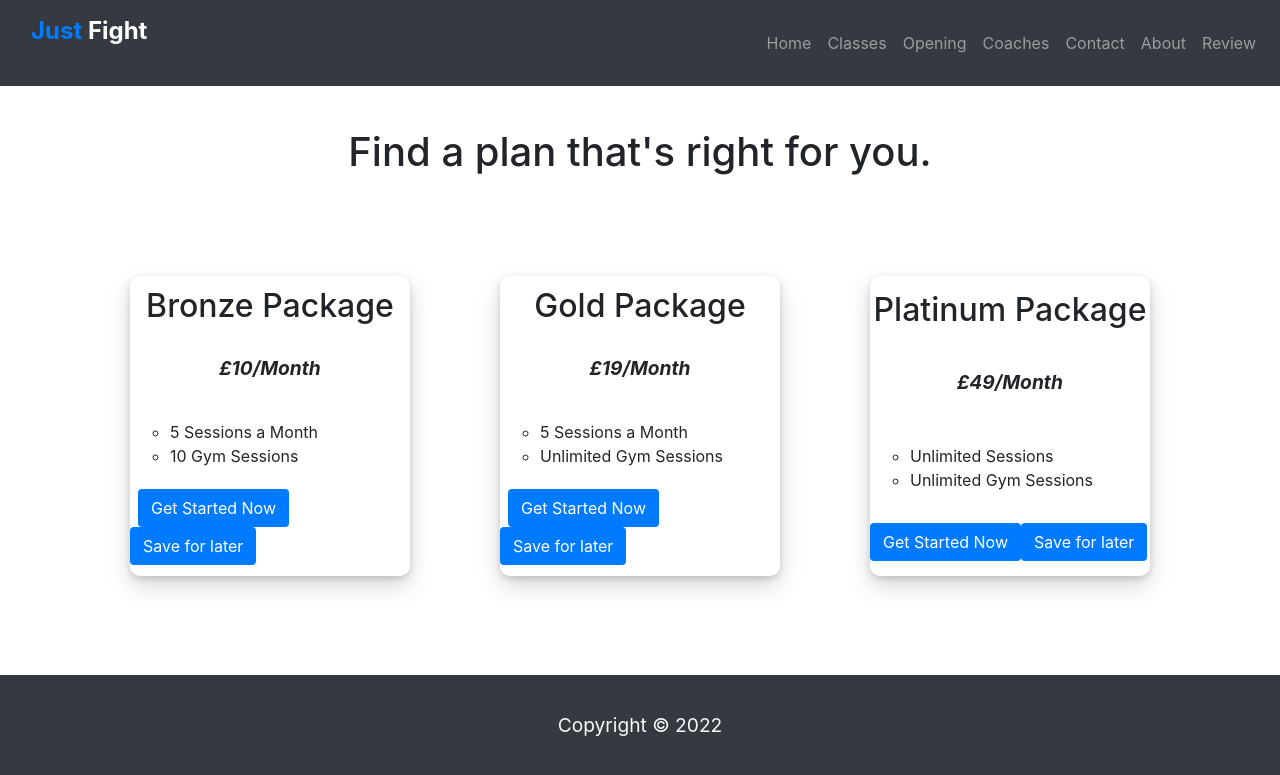
Repository: IonPara/Just-Fight
Page: plans.html
These files come from the project's save history. The page is drawn as it stood at one moment and after the next save; the edit follows.
The browser window is 1280 px wide. The pictures show the whole page.
Some web libraries are served in a nearby version.

Above is the page before, as saved 2023-03-13 16:27:40.

### plans.html
<!DOCTYPE html>
<html lang="en">

<head>
  <meta charset="utf-8">
  <meta name="viewport" content="width=device-width, initial-scale=1.0">
  <title>Join Club</title>
  <link href="./Styles/plans.css" rel="stylesheet" type="text/css">
  <!-- Bootstrap link -->
  <link rel="stylesheet" href="https://cdn.jsdelivr.net/npm/bootstrap@4.2.1/dist/css/bootstrap.min.css"
    integrity="sha384-GJzZqFGwb1QTTN6wy59ffF1BuGJpLSa9DkKMp0DgiMDm4iYMj70gZWKYbI706tWS" crossorigin="anonymous">
</head>

<body>
  <header>
    <!-- ------------Nav bar ------------------------>
    <nav class="navbar navbar-expand-lg navbar-dark bg-dark fixed-top">
      <div class="container pb-4">
        <a class="navbar-brand " id="brand" href="./index.html"><span class="text-primary">Just </span> Fight</a>
        <button class="navbar-toggler" type="button" data-toggle="collapse" data-target="#navbarSupportedContent"
          aria-controls="navbarSupportedContent" aria-expanded="false" aria-label="Toggle navigation">
          <span class="navbar-toggler-icon"></span>
        </button>
      </div>

      <div class="collapse navbar-collapse" id="navbarSupportedContent">
        <ul class="navbar-nav justify-content-end">
          <li class="nav-item">
            <a class="nav-link" href="./index.html">Home</a>
          </li>
          <li class="nav-item">
            <a class="nav-link" href="./index.html#ourClasses">Classes</a>
          </li>
          <li class="nav-item">
            <a class="nav-link" href="./index.html#openingHours">Opening</a>
          </li>
          <li class="nav-item">
            <a class="nav-link" href="./index.html#coaches">Coaches</a>
          </li>
          <li class="nav-item">
            <a class="nav-link" href="./index.html#contact">Contact</a>
          </li>
          <li class="nav-item">
            <a class="nav-link" href="./about.html">About</a>
          </li>
          <li class="nav-item">
            <a class="nav-link" href="./review.html">Review</a>
          </li>

        </ul>
      </div>
    </nav>
  </header>

  <!-- Plans -->
  <section class="pricing-table">
    <div class="head text-center">
      <h1 class="plans-title pt-5">Find a plan that's right for you.</h1>
    </div>
    <!-- First Box -->
    <div class="plans">
      <ul class="container">
        <li class="package">
          <h2 class="table-header">Bronze Package</h2>
          <p class="pricing text-center">£10/Month</p>
          <ul class="table-option">
            <li>5 Sessions a Month</li>
            <li>10 Gym Sessions</li>
          </ul>

          <div>
            <button type="button" class="btn ml-2 bg-primary text-white">Get Started Now</button>
            <button type="button" class="bronze btn bg-primary text-white save-for-later">Save for later</button>
          </div>
        </li>

        <!-- Second -->
        <li class="package ">
          <h2 class="table-header">Gold Package</h2>
          <p class="pricing text-center">£19/Month</p>
          <ul class="table-option">
            <li>5 Sessions a Month</li>
            <li>Unlimited Gym Sessions</li>
          </ul>

          <div>
            <button type="button" class=" btn ml-2 bg-primary text-white">Get Started Now</button>
            <button type="button" class=" gold btn bg-primary text-white save-for-later">Save for later</button>
          </div>
        </li>

        <!-- Third Box -->
        <li class="package ">
          <h2 class="table-header">Platinum Package</h2>
          <p class="pricing text-center">£49/Month</p>
          <ul class="options">
            <li>Unlimited Sessions</li>
            <li>Unlimited Gym Sessions</li>
          </ul>

          <div class="d-flex justify-evenly w-100 buttons-container">
            <button type="button" class="btn  bg-primary text-white">Get Started Now</button>
            <button type="button" class=" platinum btn bg-primary text-white save-for-later">Save for later</button>
          </div>
        </li>

      </ul>
    </div>
  </section>
  <!-- Footer -->
  <footer class="bg-dark text-center text-light mt-5">
    <p>Copyright &copy; 2022</p>
  </footer>
  <script defer src="./Js/plans.js"></script>
  <script src="https://code.jquery.com/jquery-3.3.1.slim.min.js"
    integrity="sha384-q8i/X+965DzO0rT7abK41JStQIAqVgRVzpbzo5smXKp4YfRvH+8abtTE1Pi6jizo"
    crossorigin="anonymous"></script>
  <script src="https://cdn.jsdelivr.net/npm/popper.js@1.14.6/dist/umd/popper.min.js"
    integrity="sha384-wHAiFfRlMFy6i5SRaxvfOCifBUQy1xHdJ/yoi7FRNXMRBu5WHdZYu1hA6ZOblgut"
    crossorigin="anonymous"></script>
  <script src="https://cdn.jsdelivr.net/npm/bootstrap@4.2.1/dist/js/bootstrap.min.js"
    integrity="sha384-B0UglyR+jN6CkvvICOB2joaf5I4l3gm9GU6Hc1og6Ls7i6U/mkkaduKaBhlAXv9k"
    crossorigin="anonymous"></script>
  <script src="https://unpkg.com/swup@latest/dist/swup.min.js"></script>
</body>

</html>

### Styles/plans.css

#brand {
  font-size: 1.5rem;
  font-weight: bolder;
}

.container {
  display: flex;
  justify-content: space-around;
  list-style: none;
}

.plans {
  margin-top: 100px;
}

 .pricing-table {
  margin-top: 5rem;
  height: 76vh;
}

/* ------------Package boxes ----------------*/
.package {
  box-shadow: 0 10px 25px 0 rgb(0 0 0 / 15%), 0 3px 7px 0 rgb(0 0 0 / 15%);
  width: 280px;
  height: 300px;
  display: flex;
  flex-direction: column;
  justify-content: space-around;
  border-radius: 10px;

}

h2 {
  text-align: center;
}

.package .pricing {
  font-size: larger;
  font-weight: bold;
  font-style: italic;
}

.package:hover {
  -webkit-transform: scale(0.5);
   transform: scale(1.05);
}

/*----------------- Footer---------------------- */
footer p {
  padding: 5vh 0;
  margin-bottom: 0;
  font-size: larger;
  height: 100px;
}

/* Media Screen */
@media screen and (max-width:768px) {

  .plans-title {
    font-size: 2rem;
  }
  .container {
    display: block;
  }

  .package {
    margin-top: 10px;
    width: 100%;
    height: 200px;
  }

  .pricing-table {
    height: 90vh;
  }
}

### Js/plans.js

// Select all of the buttons
const saveBtn = document.querySelectorAll('.save-for-later');

let bronze = true;
let gold = true;
let platinum = true;

// Create an event listener for each button
saveBtn.forEach(element => {
    element.addEventListener('click', (event) => {
        const package = event.target.classList[0];

        // Create a function that will set the items from the local storage to true
            // It will take 2 arguments "string" and "item"
            // If the first class name of the event's target is equal "string"
            // Find it on localStorage and set equal to "item"
        const setItems = (string, item) => {
            if(package === string) {
                localStorage.setItem(package, JSON.stringify(item))
            }
        }

        // Called the function with all 3 values
        setItems('bronze', bronze);
        setItems('gold', gold);
        setItems('platinum', platinum);

        // Create an alert that the package was successfully added
        alert('The package was successfully saved!')
    })
});

After the next save:
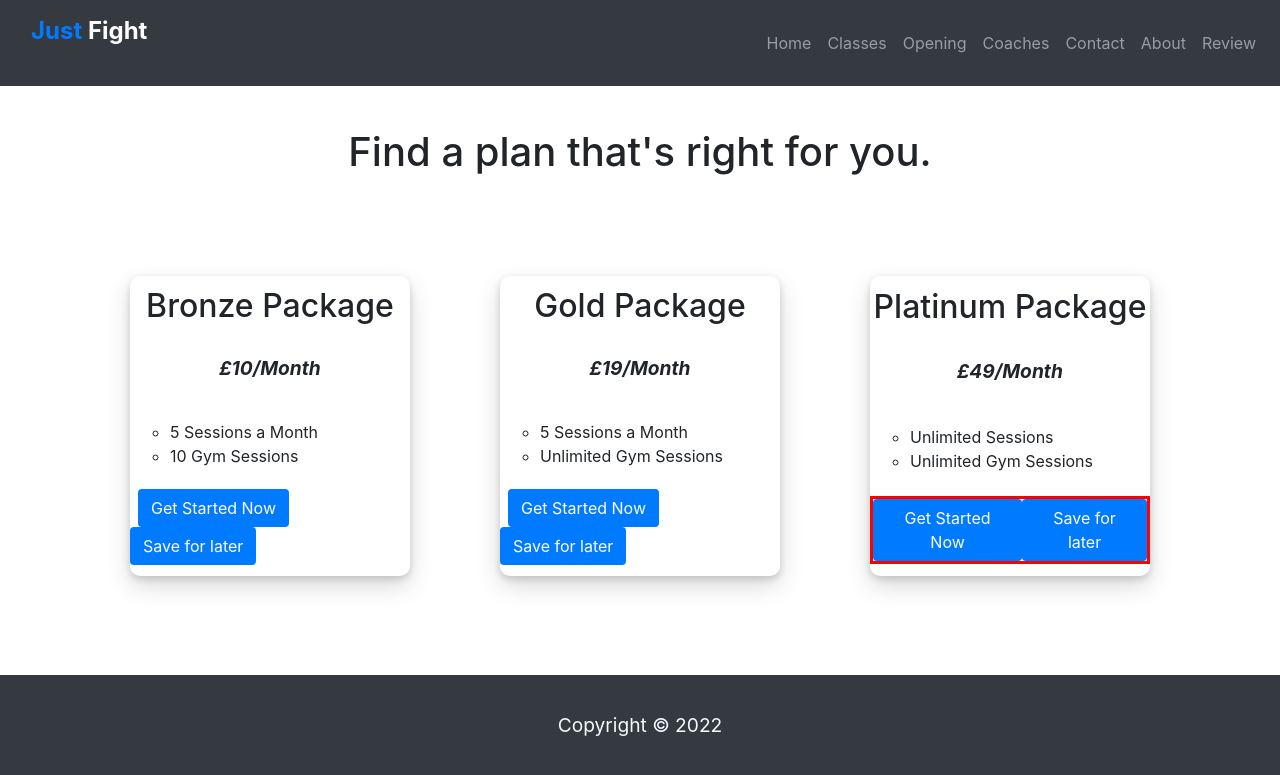
Saved 30 s later.
--- a/Styles/plans.css
+++ b/Styles/plans.css
@@ -54,6 +54,10 @@ footer p {
   height: 100px;
 }
 
+.buttons-container {
+  border: solid red;
+}
+
 /* Media Screen */
 @media screen and (max-width:768px) {
 
